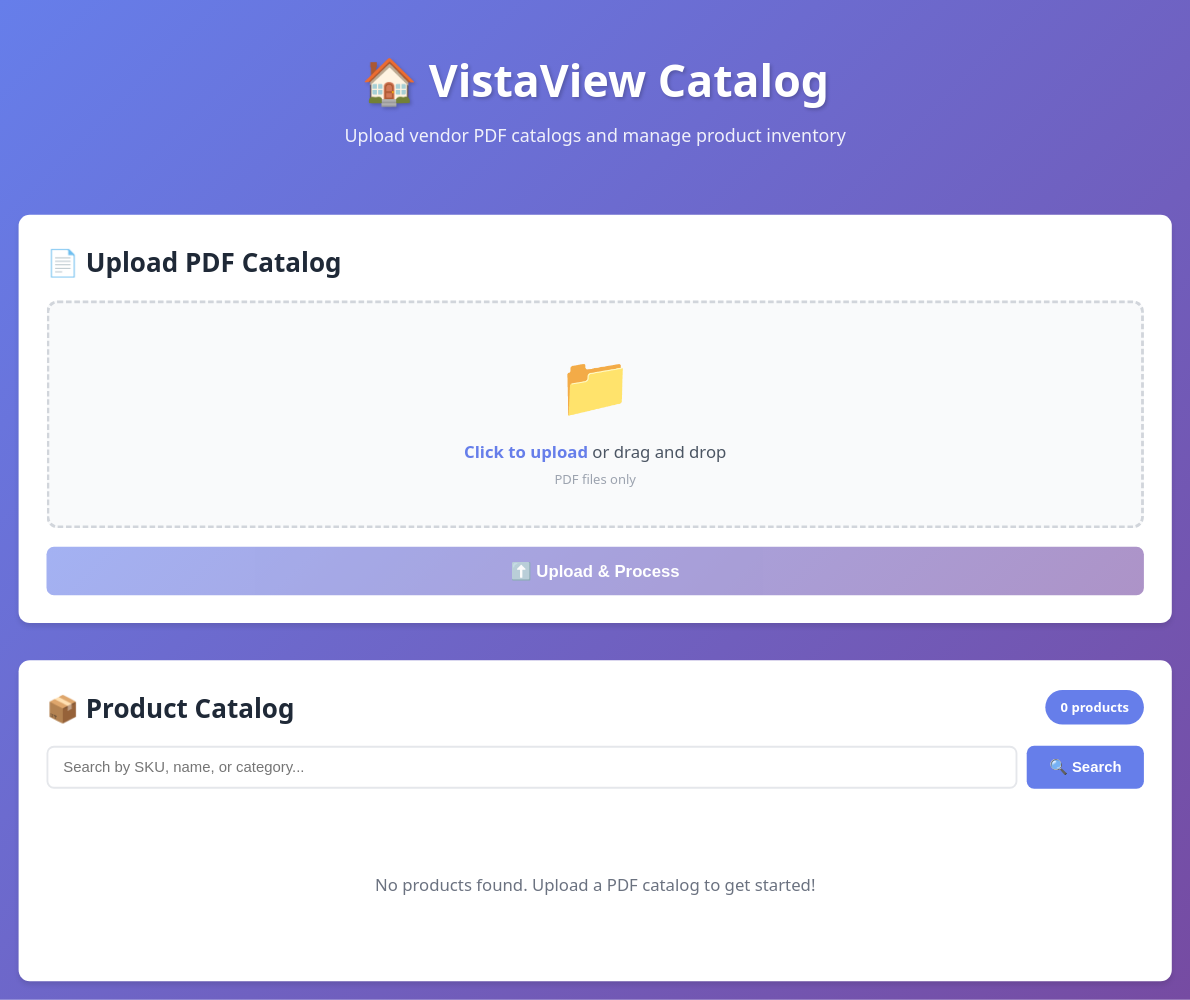
Repository: Pavani-D25/vistaview_project
Page: / (app in frontend/)
The author's editor kept a copy of each file at every save. The page is drawn from the files as they stood at one save, then again after the next save.
The browser window is 1280 px wide. The pictures show the whole page, at 93% of full size.
The project was rebuilt for these pictures with package versions that can differ from the ones it lists, and the page was loaded fresh each time. Also part of the build but not shown: frontend/vite.config.js.

Above is the page before, as saved 2025-12-27 10:10:40.

### frontend/index.html
<!doctype html>
<html lang="en">
  <head>
    <meta charset="UTF-8" />
    <link rel="icon" type="image/svg+xml" href="/vite.svg" />
    <meta name="viewport" content="width=device-width, initial-scale=1.0" />
    <title>VistaView Catalog</title>
  </head>
  <body>
    <div id="root"></div>
    <script type="module" src="/src/main.jsx"></script>
  </body>
</html>

### frontend/src/App.jsx
import { useState } from 'react'
import UploadForm from './components/UploadForm'
import ProductList from './components/ProductList'
import './App.css'

function App() {
  const [uploadResult, setUploadResult] = useState(null)
  const [currentSessionId, setCurrentSessionId] = useState(null)
  const [refreshTrigger, setRefreshTrigger] = useState(0)

  const handleUploadSuccess = (result) => {
    setUploadResult(result)
    setCurrentSessionId(result.session_id)
    setRefreshTrigger(prev => prev + 1)

    setTimeout(() => {
      setUploadResult(null)
    }, 5000)
  }

  return (
    <div className="app">
      <header className="app-header">
        <h1>🏠 VistaView Catalog</h1>
        <p>Upload vendor PDF catalogs and manage product inventory</p>
      </header>

      <main className="app-main">
        <section className="upload-section">
          <UploadForm onSuccess={handleUploadSuccess} />

          {uploadResult && (
            <div className="success-message">
              <h3>✅ Upload Successful!</h3>
              <div className="result-stats">
                <div className="stat">
                  <span className="stat-label">Pages Processed:</span>
                  <span className="stat-value">{uploadResult.message}</span>
                </div>
                <div className="stat">
                  <span className="stat-label">Products Created:</span>
                  <span className="stat-value">{uploadResult.products_created}</span>
                </div>
                <div className="stat">
                  <span className="stat-label">Images Extracted:</span>
                  <span className="stat-value">{uploadResult.images_extracted}</span>
                </div>
                <div className="stat">
                  <span className="stat-label">Collages Created:</span>
                  <span className="stat-value">{uploadResult.collages_created}</span>
                </div>
              </div>
            </div>
          )}
        </section>

        <section className="products-section">
          <ProductList
            refreshTrigger={refreshTrigger}
            sessionId={currentSessionId}
          />
        </section>
      </main>
    </div>
  )
}

export default App

### frontend/src/index.css
:root {
  font-family: system-ui, Avenir, Helvetica, Arial, sans-serif;
  line-height: 1.5;
  font-weight: 400;
  font-synthesis: none;
  text-rendering: optimizeLegibility;
  -webkit-font-smoothing: antialiased;
  -moz-osx-font-smoothing: grayscale;
}

* {
  box-sizing: border-box;
}

body {
  margin: 0;
  min-height: 100vh;
}

#root {
  min-height: 100vh;
}

### frontend/src/components/UploadForm.jsx
import { useState } from 'react'
import axios from 'axios'
import './UploadForm.css'

function UploadForm({ onSuccess }) {
  const [file, setFile] = useState(null)
  const [uploading, setUploading] = useState(false)
  const [error, setError] = useState(null)
  const [dragActive, setDragActive] = useState(false)

  const handleFileChange = (e) => {
    const selectedFile = e.target.files[0]
    if (selectedFile && selectedFile.type === 'application/pdf') {
      setFile(selectedFile)
      setError(null)
    } else {
      setError('Please select a valid PDF file')
      setFile(null)
    }
  }

  const handleDrag = (e) => {
    e.preventDefault()
    e.stopPropagation()
    if (e.type === "dragenter" || e.type === "dragover") {
      setDragActive(true)
    } else if (e.type === "dragleave") {
      setDragActive(false)
    }
  }

  const handleDrop = (e) => {
    e.preventDefault()
    e.stopPropagation()
    setDragActive(false)

    if (e.dataTransfer.files && e.dataTransfer.files[0]) {
      const droppedFile = e.dataTransfer.files[0]
      if (droppedFile.type === 'application/pdf') {
        setFile(droppedFile)
        setError(null)
      } else {
        setError('Please drop a valid PDF file')
      }
    }
  }

  const handleSubmit = async (e) => {
    e.preventDefault()

    if (!file) {
      setError('Please select a PDF file')
      return
    }

    setUploading(true)
    setError(null)

    const formData = new FormData()
    formData.append('file', file)

    try {
      const response = await axios.post('/api/upload', formData, {
        headers: {
          'Content-Type': 'multipart/form-data',
        },
      })

      if (response.data.status === 'success') {
        onSuccess(response.data)
        setFile(null)
        const fileInput = document.getElementById('file-input')
        if (fileInput) fileInput.value = ''
      } else {
        setError(response.data.message || 'Upload failed')
      }
    } catch (err) {
      setError(err.response?.data?.message || err.message || 'Upload failed')
    } finally {
      setUploading(false)
    }
  }

  return (
    <div className="upload-form">
      <h2>📄 Upload PDF Catalog</h2>

      <form onSubmit={handleSubmit}>
        <div
          className={`file-drop-zone ${dragActive ? 'active' : ''} ${file ? 'has-file' : ''}`}
          onDragEnter={handleDrag}
          onDragLeave={handleDrag}
          onDragOver={handleDrag}
          onDrop={handleDrop}
        >
          <input
            id="file-input"
            type="file"
            accept=".pdf"
            onChange={handleFileChange}
            disabled={uploading}
            style={{ display: 'none' }}
          />

          {!file ? (
            <label htmlFor="file-input" className="file-label">
              <div className="upload-icon">📁</div>
              <p className="upload-text">
                <strong>Click to upload</strong> or drag and drop
              </p>
              <p className="upload-hint">PDF files only</p>
            </label>
          ) : (
            <div className="file-selected">
              <div className="file-icon">📄</div>
              <div className="file-info">
                <p className="file-name">{file.name}</p>
                <p className="file-size">{(file.size / 1024 / 1024).toFixed(2)} MB</p>
              </div>
              <button
                type="button"
                onClick={() => {
                  setFile(null)
                  const fileInput = document.getElementById('file-input')
                  if (fileInput) fileInput.value = ''
                }}
                className="remove-file"
                disabled={uploading}
              >
                ✕
              </button>
            </div>
          )}
        </div>

        {error && (
          <div className="error-message">
            ⚠️ {error}
          </div>
        )}

        <button
          type="submit"
          disabled={!file || uploading}
          className="upload-button"
        >
          {uploading ? (
            <>
              <span className="spinner"></span>
              Processing...
            </>
          ) : (
            <>
              ⬆️ Upload & Process
            </>
          )}
        </button>
      </form>
    </div>
  )
}

export default UploadForm

### frontend/src/components/ProductList.jsx
import { useState, useEffect } from 'react'
import axios from 'axios'
import './ProductList.css'

function ProductList({ refreshTrigger, sessionId }) {
  const [products, setProducts] = useState([])
  const [loading, setLoading] = useState(false)
  const [error, setError] = useState(null)
  const [searchQuery, setSearchQuery] = useState('')
  const [total, setTotal] = useState(0)
  const [page, setPage] = useState(0)
  const limit = 20

  const fetchProducts = async () => {
    // Only fetch if sessionId exists (after upload)
    if (!sessionId) {
      setProducts([])
      setTotal(0)
      setLoading(false)
      return
    }

    setLoading(true)
    setError(null)

    try {
      const params = {
        skip: page * limit,
        limit: limit,
        session_id: sessionId  // Always filter by current session
      }

      if (searchQuery) {
        params.q = searchQuery
      }

      const response = await axios.get('/api/products', { params })
      setProducts(response.data.products)
      setTotal(response.data.total)
    } catch (err) {
      setError(err.response?.data?.detail || err.message || 'Failed to load products')
    } finally {
      setLoading(false)
    }
  }

  useEffect(() => {
    fetchProducts()
  }, [page, searchQuery, refreshTrigger, sessionId])

  const handleSearch = (e) => {
    e.preventDefault()
    setPage(0)
  }

  const totalPages = Math.ceil(total / limit)

  if (loading && products.length === 0) {
    return (
      <div className="product-list">
        <h2>📦 Product Catalog</h2>
        <div className="loading">Loading products...</div>
      </div>
    )
  }

  return (
    <div className="product-list">
      <div className="list-header">
        <h2>📦 Product Catalog</h2>
        <div className="product-count">
          {total} {total === 1 ? 'product' : 'products'}
        </div>
      </div>

      <form onSubmit={handleSearch} className="search-form">
        <input
          type="text"
          placeholder="Search by SKU, name, or category..."
          value={searchQuery}
          onChange={(e) => setSearchQuery(e.target.value)}
          className="search-input"
        />
        <button type="submit" className="search-button">
          🔍 Search
        </button>
        {searchQuery && (
          <button
            type="button"
            onClick={() => {
              setSearchQuery('')
              setPage(0)
            }}
            className="clear-button"
          >
            Clear
          </button>
        )}
      </form>

      {error && (
        <div className="error-message">
          ⚠️ {error}
        </div>
      )}

      {products.length === 0 && !loading ? (
        <div className="empty-state">
          <p>No products found. Upload a PDF catalog to get started!</p>
        </div>
      ) : (
        <>
          <div className="products-grid">
            {products.map((product) => (
              <div key={product.id} className="product-card">
                {product.collage_url ? (
                  <div className="product-image-container">
                    <img
                      src={product.collage_url}
                      alt={product.cn_name || product.sku_code}
                      className="product-image"
                      loading="lazy"
                    />
                  </div>
                ) : product.image_url ? (
                  <div className="product-image-container">
                    <img
                      src={product.image_url}
                      alt={product.cn_name || product.sku_code}
                      className="product-image"
                      loading="lazy"
                    />
                  </div>
                ) : (
                  <div className="product-image-placeholder">
                    <span>📷</span>
                    <p>No image</p>
                  </div>
                )}

                <div className="product-info">
                  {product.sku_code && (
                    <div className="product-sku">{product.sku_code}</div>
                  )}

                  {product.cn_name && (
                    <h3 className="product-name">{product.cn_name}</h3>
                  )}

                  {product.category && (
                    <div className="product-category">
                      🏷️ {product.category}
                    </div>
                  )}

                  {(product.dims_l || product.dims_w || product.dims_h) && (
                    <div className="product-dimensions">
                      📏 {product.dims_l || '?'} × {product.dims_w || '?'} × {product.dims_h || '?'} mm
                    </div>
                  )}

                  {product.description && (
                    <p className="product-description">{product.description}</p>
                  )}
                </div>
              </div>
            ))}
          </div>

          {totalPages > 1 && (
            <div className="pagination">
              <button
                onClick={() => setPage(page - 1)}
                disabled={page === 0}
                className="page-button"
              >
                ← Previous
              </button>

              <span className="page-info">
                Page {page + 1} of {totalPages}
              </span>

              <button
                onClick={() => setPage(page + 1)}
                disabled={page >= totalPages - 1}
                className="page-button"
              >
                Next →
              </button>
            </div>
          )}
        </>
      )}
    </div>
  )
}

export default ProductList

### frontend/src/App.css
* {
  margin: 0;
  padding: 0;
  box-sizing: border-box;
}

.app {
  min-height: 100vh;
  background: linear-gradient(135deg, #667eea 0%, #764ba2 100%);
  padding: 20px;
}

.app-header {
  text-align: center;
  color: white;
  margin-bottom: 40px;
  padding: 30px 20px;
}

.app-header h1 {
  font-size: 3rem;
  margin-bottom: 10px;
  font-weight: 700;
  text-shadow: 2px 2px 4px rgba(0, 0, 0, 0.2);
}

.app-header p {
  font-size: 1.2rem;
  opacity: 0.9;
}

.app-main {
  max-width: 1400px;
  margin: 0 auto;
}

.upload-section {
  margin-bottom: 40px;
}

.success-message {
  background: white;
  border-radius: 12px;
  padding: 20px;
  margin-top: 20px;
  box-shadow: 0 4px 6px rgba(0, 0, 0, 0.1);
  animation: slideIn 0.3s ease-out;
}

@keyframes slideIn {
  from {
    opacity: 0;
    transform: translateY(-10px);
  }
  to {
    opacity: 1;
    transform: translateY(0);
  }
}

.success-message h3 {
  color: #10b981;
  margin-bottom: 15px;
  font-size: 1.5rem;
}

.result-stats {
  display: grid;
  grid-template-columns: repeat(auto-fit, minmax(200px, 1fr));
  gap: 15px;
}

.stat {
  background: #f3f4f6;
  padding: 12px 16px;
  border-radius: 8px;
  display: flex;
  flex-direction: column;
  gap: 5px;
}

.stat-label {
  font-size: 0.875rem;
  color: #6b7280;
  font-weight: 500;
}

.stat-value {
  font-size: 1.25rem;
  color: #1f2937;
  font-weight: 700;
}

@media (max-width: 768px) {
  .app-header h1 {
    font-size: 2rem;
  }

  .app-header p {
    font-size: 1rem;
  }

  .result-stats {
    grid-template-columns: 1fr;
  }
}

### frontend/src/components/UploadForm.css
.upload-form {
  background: white;
  border-radius: 12px;
  padding: 30px;
  box-shadow: 0 4px 6px rgba(0, 0, 0, 0.1);
}

.upload-form h2 {
  color: #1f2937;
  margin-bottom: 20px;
  font-size: 1.75rem;
}

.file-drop-zone {
  border: 3px dashed #d1d5db;
  border-radius: 12px;
  padding: 40px;
  text-align: center;
  background: #f9fafb;
  transition: all 0.3s ease;
  cursor: pointer;
  margin-bottom: 20px;
}

.file-drop-zone:hover {
  border-color: #9ca3af;
  background: #f3f4f6;
}

.file-drop-zone.active {
  border-color: #667eea;
  background: #eef2ff;
}

.file-drop-zone.has-file {
  border-color: #10b981;
  background: #ecfdf5;
}

.file-label {
  cursor: pointer;
  display: block;
}

.upload-icon {
  font-size: 4rem;
  margin-bottom: 10px;
}

.upload-text {
  font-size: 1.125rem;
  color: #4b5563;
  margin-bottom: 5px;
}

.upload-text strong {
  color: #667eea;
}

.upload-hint {
  font-size: 0.875rem;
  color: #9ca3af;
}

.file-selected {
  display: flex;
  align-items: center;
  gap: 15px;
  padding: 10px;
}

.file-icon {
  font-size: 2.5rem;
}

.file-info {
  flex: 1;
  text-align: left;
}

.file-name {
  font-size: 1rem;
  color: #1f2937;
  font-weight: 600;
  margin-bottom: 5px;
  word-break: break-word;
}

.file-size {
  font-size: 0.875rem;
  color: #6b7280;
}

.remove-file {
  background: #ef4444;
  color: white;
  border: none;
  width: 32px;
  height: 32px;
  border-radius: 50%;
  font-size: 1.25rem;
  cursor: pointer;
  transition: background 0.2s;
  display: flex;
  align-items: center;
  justify-content: center;
}

.remove-file:hover:not(:disabled) {
  background: #dc2626;
}

.remove-file:disabled {
  opacity: 0.5;
  cursor: not-allowed;
}

.upload-button {
  width: 100%;
  background: linear-gradient(135deg, #667eea 0%, #764ba2 100%);
  color: white;
  border: none;
  padding: 15px 30px;
  font-size: 1.125rem;
  font-weight: 600;
  border-radius: 8px;
  cursor: pointer;
  transition: transform 0.2s, box-shadow 0.2s;
  display: flex;
  align-items: center;
  justify-content: center;
  gap: 10px;
}

.upload-button:hover:not(:disabled) {
  transform: translateY(-2px);
  box-shadow: 0 6px 12px rgba(102, 126, 234, 0.4);
}

.upload-button:disabled {
  opacity: 0.6;
  cursor: not-allowed;
  transform: none;
}

.spinner {
  width: 20px;
  height: 20px;
  border: 3px solid rgba(255, 255, 255, 0.3);
  border-top-color: white;
  border-radius: 50%;
  animation: spin 0.8s linear infinite;
}

@keyframes spin {
  to {
    transform: rotate(360deg);
  }
}

.error-message {
  background: #fef2f2;
  border: 1px solid #fecaca;
  color: #dc2626;
  padding: 12px 16px;
  border-radius: 8px;
  margin-bottom: 15px;
  font-size: 0.875rem;
}

@media (max-width: 768px) {
  .upload-form {
    padding: 20px;
  }

  .file-drop-zone {
    padding: 30px 20px;
  }

  .upload-icon {
    font-size: 3rem;
  }
}

### frontend/src/components/ProductList.css
.product-list {
  background: white;
  border-radius: 12px;
  padding: 30px;
  box-shadow: 0 4px 6px rgba(0, 0, 0, 0.1);
}

.list-header {
  display: flex;
  justify-content: space-between;
  align-items: center;
  margin-bottom: 20px;
  flex-wrap: wrap;
  gap: 10px;
}

.list-header h2 {
  color: #1f2937;
  font-size: 1.75rem;
}

.product-count {
  background: #667eea;
  color: white;
  padding: 8px 16px;
  border-radius: 20px;
  font-size: 0.875rem;
  font-weight: 600;
}

.search-form {
  display: flex;
  gap: 10px;
  margin-bottom: 30px;
  flex-wrap: wrap;
}

.search-input {
  flex: 1;
  min-width: 250px;
  padding: 12px 16px;
  border: 2px solid #e5e7eb;
  border-radius: 8px;
  font-size: 1rem;
  transition: border-color 0.2s;
}

.search-input:focus {
  outline: none;
  border-color: #667eea;
}

.search-button {
  background: #667eea;
  color: white;
  border: none;
  padding: 12px 24px;
  border-radius: 8px;
  font-size: 1rem;
  font-weight: 600;
  cursor: pointer;
  transition: background 0.2s;
}

.search-button:hover {
  background: #5568d3;
}

.clear-button {
  background: #6b7280;
  color: white;
  border: none;
  padding: 12px 24px;
  border-radius: 8px;
  font-size: 1rem;
  font-weight: 600;
  cursor: pointer;
  transition: background 0.2s;
}

.clear-button:hover {
  background: #4b5563;
}

.loading {
  text-align: center;
  padding: 40px;
  color: #6b7280;
  font-size: 1.125rem;
}

.empty-state {
  text-align: center;
  padding: 60px 20px;
  color: #6b7280;
  font-size: 1.125rem;
}

.products-grid {
  display: grid;
  grid-template-columns: repeat(auto-fill, minmax(300px, 1fr));
  gap: 24px;
  margin-bottom: 30px;
}

.product-card {
  background: white;
  border: 2px solid #e5e7eb;
  border-radius: 12px;
  overflow: hidden;
  transition: transform 0.2s, box-shadow 0.2s;
}

.product-card:hover {
  transform: translateY(-4px);
  box-shadow: 0 8px 16px rgba(0, 0, 0, 0.1);
}

.product-image-container {
  width: 100%;
  height: 250px;
  overflow: hidden;
  background: #f9fafb;
}

.product-image {
  width: 100%;
  height: 100%;
  object-fit: cover;
}

.product-image-placeholder {
  width: 100%;
  height: 250px;
  background: #f3f4f6;
  display: flex;
  flex-direction: column;
  align-items: center;
  justify-content: center;
  color: #9ca3af;
}

.product-image-placeholder span {
  font-size: 3rem;
  margin-bottom: 10px;
}

.product-info {
  padding: 20px;
}

.product-sku {
  display: inline-block;
  background: #dbeafe;
  color: #1e40af;
  padding: 4px 12px;
  border-radius: 6px;
  font-size: 0.875rem;
  font-weight: 600;
  margin-bottom: 10px;
}

.product-name {
  font-size: 1.25rem;
  color: #1f2937;
  margin-bottom: 10px;
  font-weight: 700;
}

.product-category {
  color: #6b7280;
  font-size: 0.875rem;
  margin-bottom: 8px;
}

.product-dimensions {
  color: #6b7280;
  font-size: 0.875rem;
  margin-bottom: 10px;
  font-family: monospace;
}

.product-description {
  color: #4b5563;
  font-size: 0.875rem;
  line-height: 1.5;
  margin-top: 10px;
}

.pagination {
  display: flex;
  justify-content: center;
  align-items: center;
  gap: 20px;
  padding: 20px 0;
}

.page-button {
  background: #667eea;
  color: white;
  border: none;
  padding: 10px 20px;
  border-radius: 8px;
  font-size: 1rem;
  font-weight: 600;
  cursor: pointer;
  transition: background 0.2s;
}

.page-button:hover:not(:disabled) {
  background: #5568d3;
}

.page-button:disabled {
  background: #d1d5db;
  cursor: not-allowed;
}

.page-info {
  color: #4b5563;
  font-weight: 600;
}

@media (max-width: 768px) {
  .product-list {
    padding: 20px;
  }

  .products-grid {
    grid-template-columns: 1fr;
  }

  .search-form {
    flex-direction: column;
  }

  .search-input {
    width: 100%;
  }

  .pagination {
    flex-direction: column;
    gap: 10px;
  }
}

Loaded but not shown: frontend/src/main.jsx (common file)

After the next save:
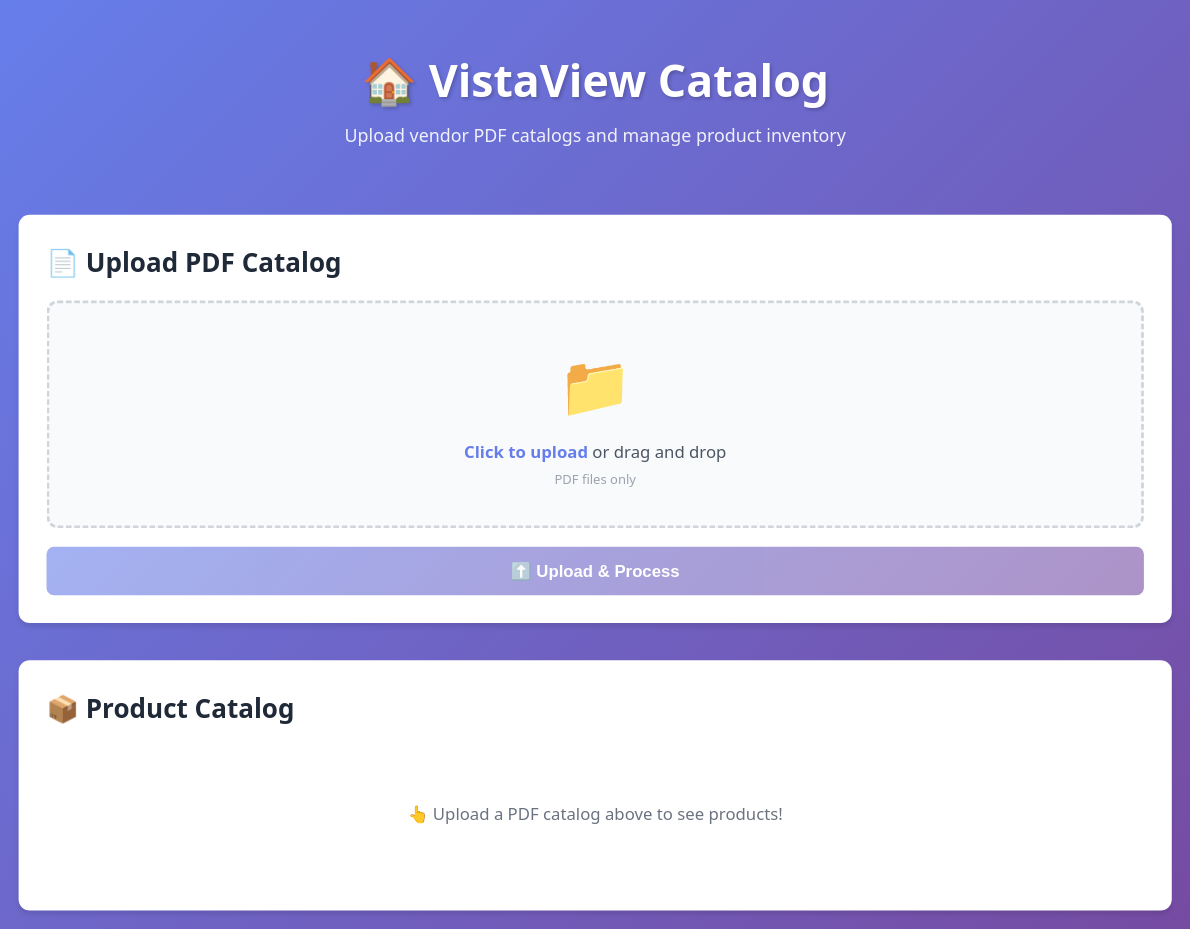
Saved 14 s later.
--- a/frontend/src/components/ProductList.jsx
+++ b/frontend/src/components/ProductList.jsx
@@ -54,6 +54,20 @@ function ProductList({ refreshTrigger, sessionId }) {
   }
 
   const totalPages = Math.ceil(total / limit)
+
+  // Don't show anything if no session (before upload)
+  if (!sessionId) {
+    return (
+      <div className="product-list">
+        <div className="list-header">
+          <h2>📦 Product Catalog</h2>
+        </div>
+        <div className="empty-state">
+          <p>👆 Upload a PDF catalog above to see products!</p>
+        </div>
+      </div>
+    )
+  }
 
   if (loading && products.length === 0) {
     return (
